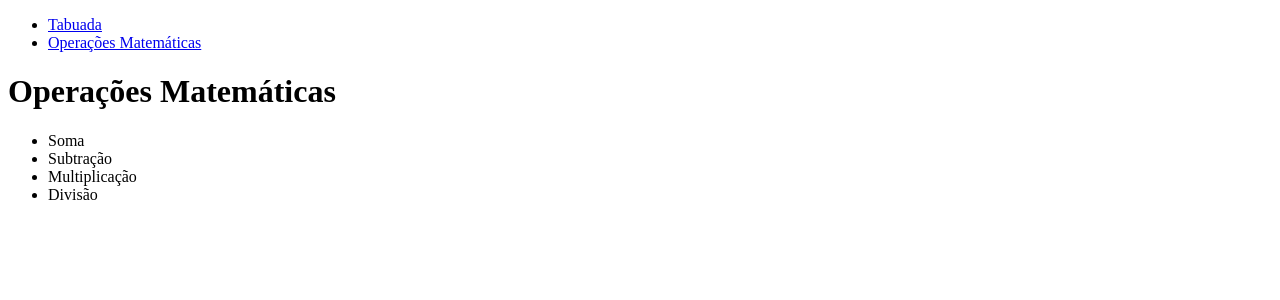
Repository: JulioCesarSF/Java
Page: http://localhost/Exercicio_02-JSPs/operacoes-matematicas.jsp
The author's editor kept a copy of each file at every save. The page is drawn from the files as they stood at one save, then again after the next save.
The browser window is 1280 px wide. The pictures show the whole page.
The page is served by Tomcat 9.

Above is the page before, as saved 2016-08-17 18:40:37.

### ProjetosFaculdade/Thiago/Exercicio_02-JSPs/WebContent/operacoes-matematicas.jsp
<%@ page language="java" contentType="text/html; charset=ISO-8859-1"
	pageEncoding="ISO-8859-1"%>
<%@ page import="java.util.List"%>
<%@ page import="java.util.ArrayList"%>
<!DOCTYPE html PUBLIC "-//W3C//DTD HTML 4.01 Transitional//EN" "http://www.w3.org/TR/html4/loose.dtd">
<html>
<head>
<meta http-equiv="Content-Type" content="text/html; charset=ISO-8859-1">
<title>Operações Matemáticas</title>
</head>
<body>

<%@ include file="topo.jsp" %>

	<div>
		<h1>Operações Matemáticas</h1>
	</div>

	<%
		List<String> o = new ArrayList<>(); //desde java 8 não precisa declarar String no segundo "diamante".
		o.add("Soma");
		o.add("Subtração");
		o.add("Multiplicação");
		o.add("Divisão");
	%>

	<ul>

		<%
			for (String tipo : o) {
		%>

		<li><%=tipo%></li>

		<%
			}
		%>

	</ul>

</body>
</html>

### ProjetosFaculdade/Thiago/Exercicio_02-JSPs/WebContent/topo.jsp
<ul>
	<li><a href="tabuada.jsp">Tabuada</a>
	<li><a href="operacoes-matematicas.jps">Operações Matemáticas</a></li>
</ul>

### ProjetosFaculdade/Thiago/Exercicio_02-JSPs/WebContent/estilo.css
table{
	border-collapse: collapse;
}

td{
	border: 1px solid black;
	padding: 5px;
	text-align: center;
}

li{
	display : inline;
	padding: 15px;
}

li a{
	text-decoration: none;
}

After the next save:
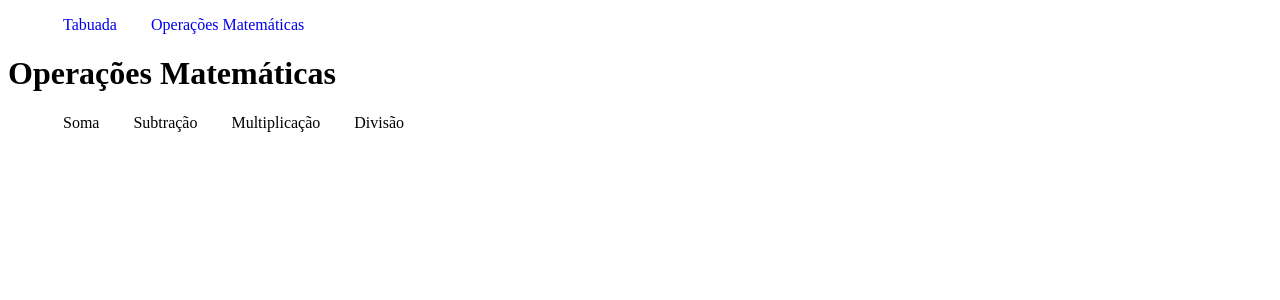
Saved 39 s later.
--- a/ProjetosFaculdade/Thiago/Exercicio_02-JSPs/WebContent/operacoes-matematicas.jsp
+++ b/ProjetosFaculdade/Thiago/Exercicio_02-JSPs/WebContent/operacoes-matematicas.jsp
@@ -7,6 +7,7 @@
 <head>
 <meta http-equiv="Content-Type" content="text/html; charset=ISO-8859-1">
 <title>Operações Matemáticas</title>
+<link rel="stylesheet" type="text/css" href="estilo.css">
 </head>
 <body>
 

After the save that followed:
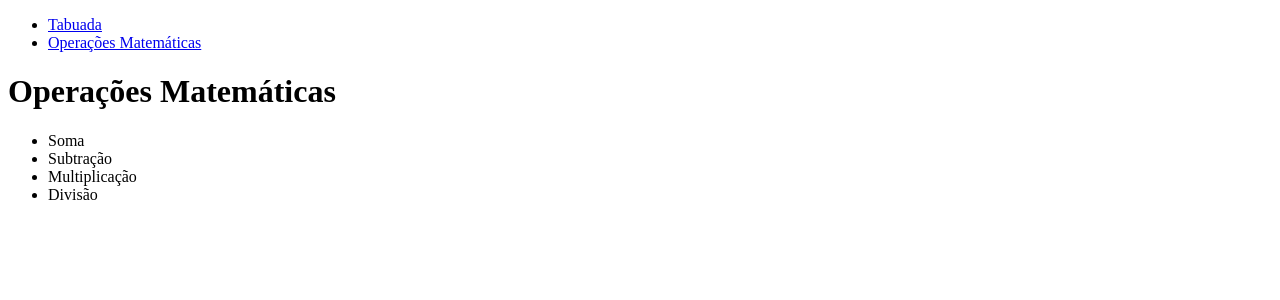
Saved 22 s later.
--- a/ProjetosFaculdade/Thiago/Exercicio_02-JSPs/WebContent/estilo.css
+++ b/ProjetosFaculdade/Thiago/Exercicio_02-JSPs/WebContent/estilo.css
@@ -8,11 +8,11 @@ td{
 	text-align: center;
 }
 
-li{
+.menu li{
 	display : inline;
 	padding: 15px;
 }
 
-li a{
+.menu li a{
 	text-decoration: none;
 }
